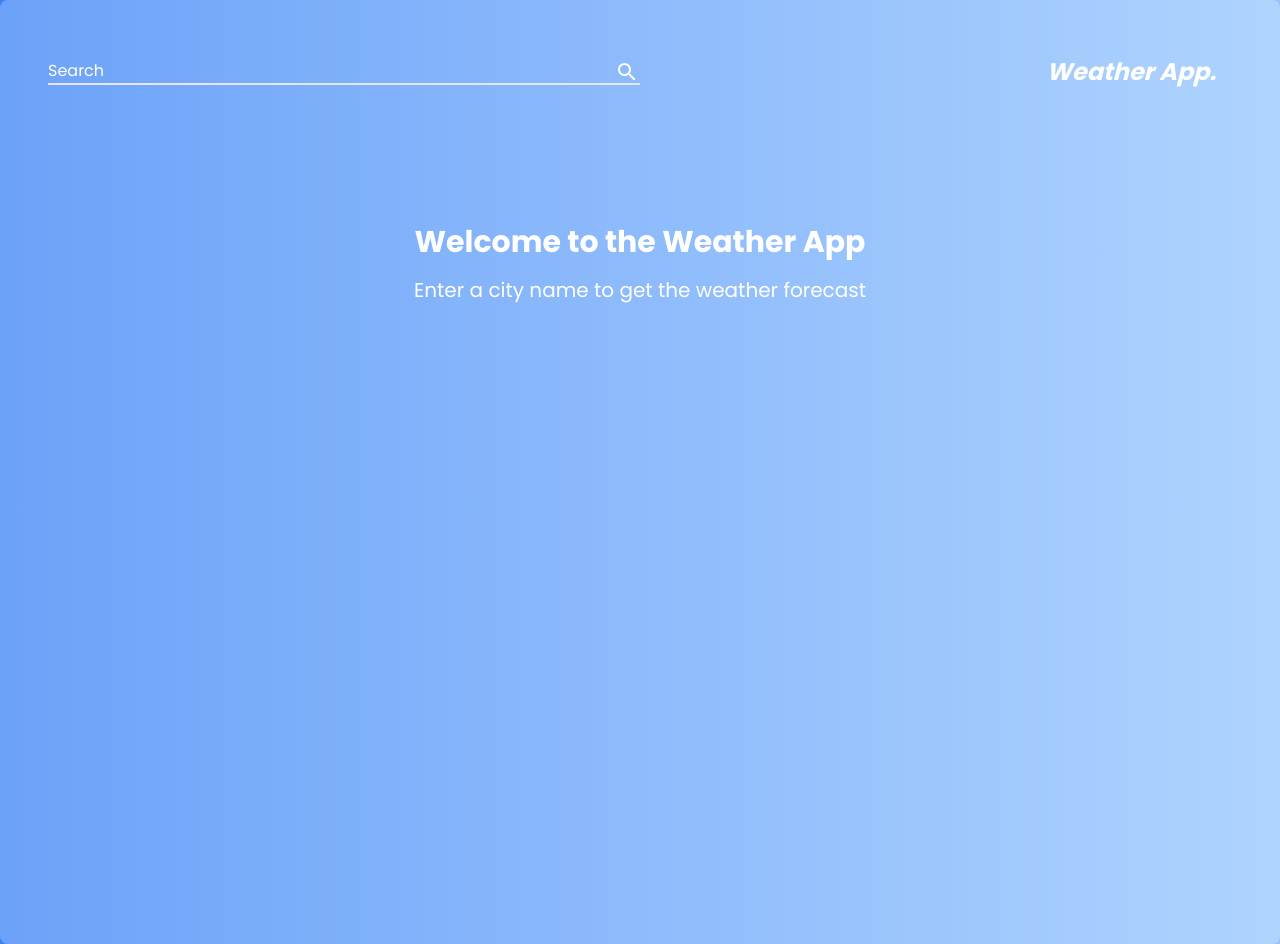
Repository: DevAntonioRogers/react-weatherapp-v2
Page: /
An editor plug-in stored every save of this project. The page is shown before and after the next save, followed by the edit.
The browser window is 1280 px wide. The pictures show the whole page.
The project was rebuilt for these pictures with package versions that can differ from the ones it lists, and the page was loaded fresh each time. The framework's server and built-in components were replaced by stand-ins that run in the browser. Also part of the build but not shown: next.config.js, app/utils/currentDate.tsx, app/components/Current.tsx, app/components/WeekForecast.tsx. Imported but missing from the stored project, and not drawn on this page: app/components/WeatherDetails.

Above is the page before, as saved 2023-05-27 20:30:34.

### app/layout.tsx
import "./globals.css";
import { Poppins } from "next/font/google";

export const metadata = {
  title: "The Weather App 🌤",
  description: "Weather app",
};

const poppins = Poppins({
  subsets: ["latin"],
  weight: ["400", "500", "700"],
  style: ["normal", "italic"],
});

export default function RootLayout({ children }: { children: React.ReactNode }) {
  return (
    <html lang="en" className={poppins.className}>
      <body>{children}</body>
    </html>
  );
}

### app/page.tsx
"use client";
import React, { useState } from "react";
import Current from "./components/Current";
import Input from "./components/Input";
import WeekForecast from "./components/WeekForecast";
import WeatherDetails from "./components/WeatherDetails";

export default function Home() {
  const [data, setData] = useState({});
  const [location, setLocation] = useState("");
  const [error, setError] = useState("");

  const url = `http://api.weatherapi.com/v1/forecast.json?key=538023bd3c43455084733202231905&q=${location}&days=7&aqi=yes&alerts=yes`;

  const handleSearch = async (e: React.KeyboardEvent<HTMLInputElement>) => {
    if (e.key === "Enter") {
      e.preventDefault();
      try {
        const response = await fetch(url);
        if (!response.ok) {
          throw new Error();
        }
        const data = await response.json();
        setData(data);
        setLocation("");
        setError("");
      } catch (error) {
        setError("City not found");
        setData({});
      }
    }
  };

  let content;
  if (Object.keys(data).length === 0 && error === "") {
    content = (
      <div className="text-white text-center h-screen mt-[5rem]">
        <h2 className="text-3xl font-semibold mb-4">Welcome to the Weather App</h2>
        <p className="text-xl">Enter a city name to get the weather forecast</p>
      </div>
    );
  } else if (error !== "") {
    content = (
      <div className="text-white text-center h-screen mt-[5rem]">
        <h2 className="text-3xl font-semibold mb-4">City not found</h2>
        <p className="text-xl">Please enter a valid city name</p>
      </div>
    );
  } else {
    content = (
      <>
        <div className="flex md:flex-row flex-col p-12 items-center justify-between mt-[-4rem] gap-10">
          <Current data={data} />
          <WeekForecast data={data} />
        </div>
        <div>
          <WeatherDetails data={data} />
        </div>
      </>
    );
  }

  return (
    <div className="bg-cover bg-gradient-to-r from-blue-500 to-blue-300 h-fit">
      <div className="bg-white/25 w-full rounded-lg flex flex-col h-fit">
        <div className="flex flex-col md:flex-row justify-between items-center p-12">
          <Input handleSearch={handleSearch} setLocation={setLocation} />
          <h1 className="mb-8 md:mb-0 order-1 text-white text-2xl py-2 px-4 rounded-xl italic font-bold">
            Weather App.
          </h1>
        </div>
        {content}
      </div>
    </div>
  );
}

### app/components/Input.tsx
"use client";
import SearchIcon from "@mui/icons-material/Search";

interface InputProps {
  handleSearch: (event: React.KeyboardEvent<HTMLInputElement>) => void;
  setLocation: React.Dispatch<React.SetStateAction<string>>;
}

const Input = ({ handleSearch, setLocation }: InputProps) => {
  return (
    <form className="flex items-center md:w-2/4 w-full order-2 md:order-1">
      <input
        type="text"
        className="w-full bg-transparent border-b-2 placeholder-white outline-none text-white"
        placeholder="Search"
        onKeyDown={handleSearch}
        onChange={(e) => setLocation(e.target.value)}
      />
      <div className="ml-[-25px] text-white cursor-pointer">
        <SearchIcon />
      </div>
    </form>
  );
};

export default Input;

Loaded but not shown: app/globals.css (common file); tailwind.config.js (common file)

After the next save:
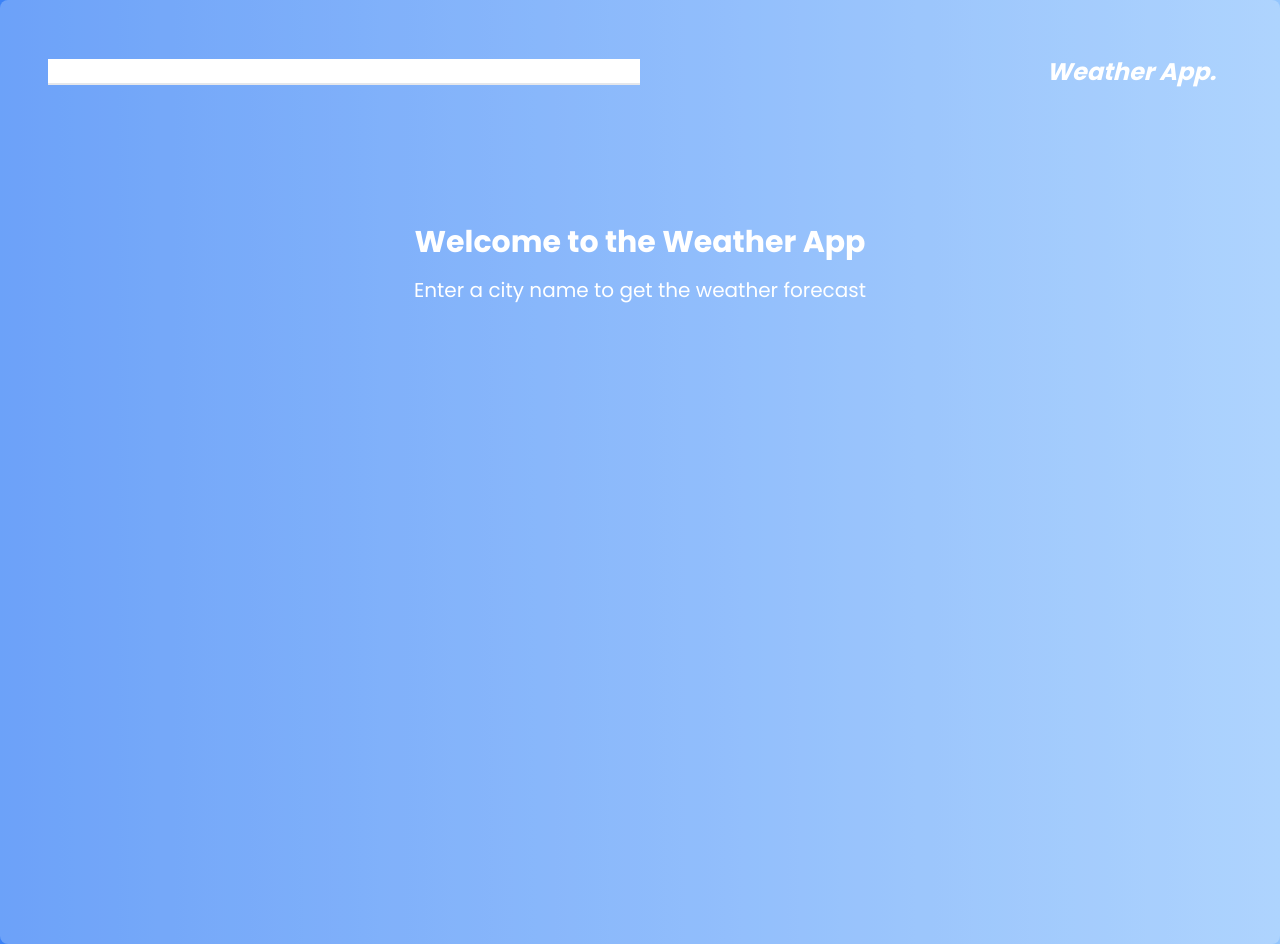
Saved 71 s later.
--- a/app/components/Input.tsx
+++ b/app/components/Input.tsx
@@ -11,7 +11,7 @@ const Input = ({ handleSearch, setLocation }: InputProps) => {
     <form className="flex items-center md:w-2/4 w-full order-2 md:order-1">
       <input
         type="text"
-        className="w-full bg-transparent border-b-2 placeholder-white outline-none text-white"
+        className="w-full  border-b-2 placeholder-white outline-none text-white"
         placeholder="Search"
         onKeyDown={handleSearch}
         onChange={(e) => setLocation(e.target.value)}
